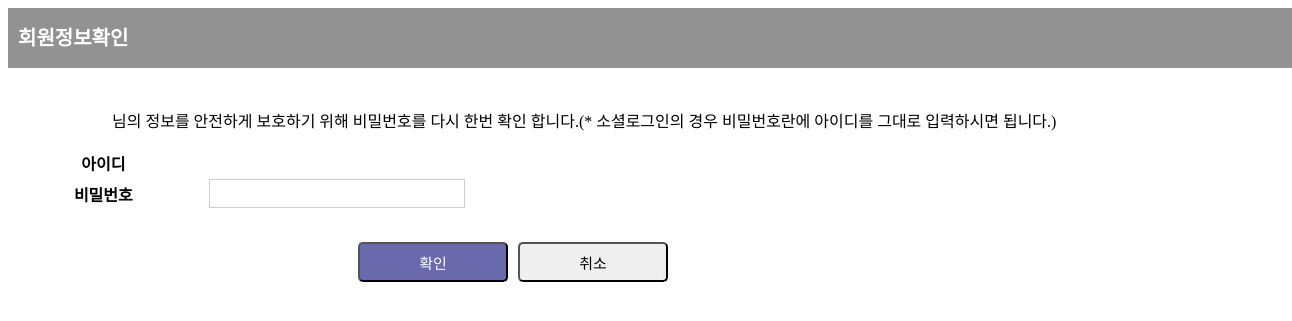
Repository: euzny/Spring-Website
Page: http://localhost/anafor/WEB-INF/views/my_info/checkpw.jsp
These files come from the project's save history. The page is drawn as it stood at one moment and after a run of saves; the edit follows.
The browser window is 1280 px wide. The page is 1292 px wide, so the pictures cover 1292 px, including what lies to the right of the window. The pictures show the whole page.
The page is served by Tomcat 9. Nobody is signed in. The template is opened directly, without the code that normally fills it, so the values that code supplies are empty.

Above is the page before, as saved 2022-06-21 10:32:43.

After the next 2 saves:
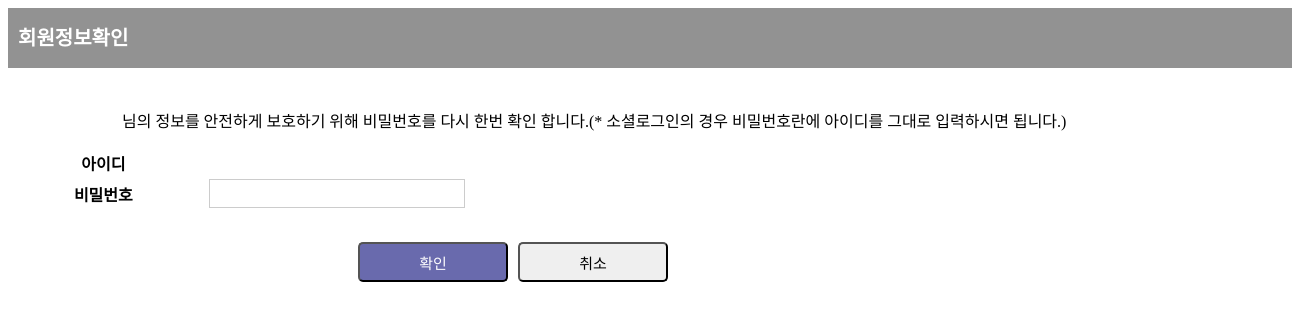
The 2 saves are shown as one change because they came seconds apart.
The last was saved 106 s later.
--- a/Workspace/anafor/src/main/webapp/WEB-INF/views/my_info/checkpw.jsp
+++ b/Workspace/anafor/src/main/webapp/WEB-INF/views/my_info/checkpw.jsp
@@ -8,7 +8,7 @@
 <style>
 	#titlename{ width:100%; background:#929292; height:60px; text-align:left; font-size:20px; font-weight:700; line-height:60px; padding: 0px 10px; color:#FFFFFF; }
 	#spanid,#id{ color:#696AAD; font-weight:800;}
-
+	#spanid { margin-left:10px; }
 	#msg_user{width:80%; height:40px; margin-top:40px; text-align:left; margin-left:100px; }
 	table{
 		width:80%;
